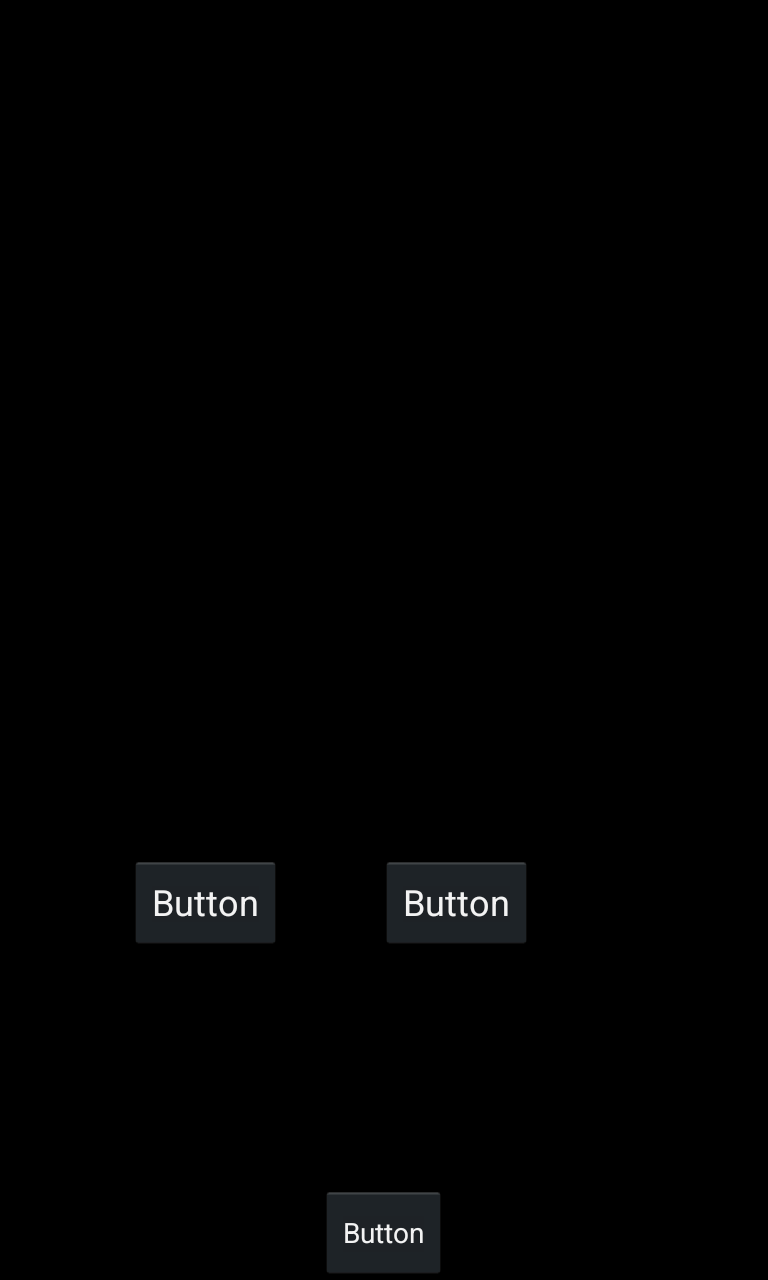
Repository: arianaantonio/CPMD
Layout: ContactsAppAndroid/res/layout/contacts_layout.xml
The author's editor kept a copy of each file at every save. The layout is drawn from the files as they stood at one save, then again after the next save.
It is drawn on a 768 x 1280 px phone screen (xhdpi) without system bars, with theme android:Theme.Holo; the app's code is not run. Lists and similar views that code fills are empty.

Above is the layout before, as saved 2014-10-30 08:18:22.

After the next save:
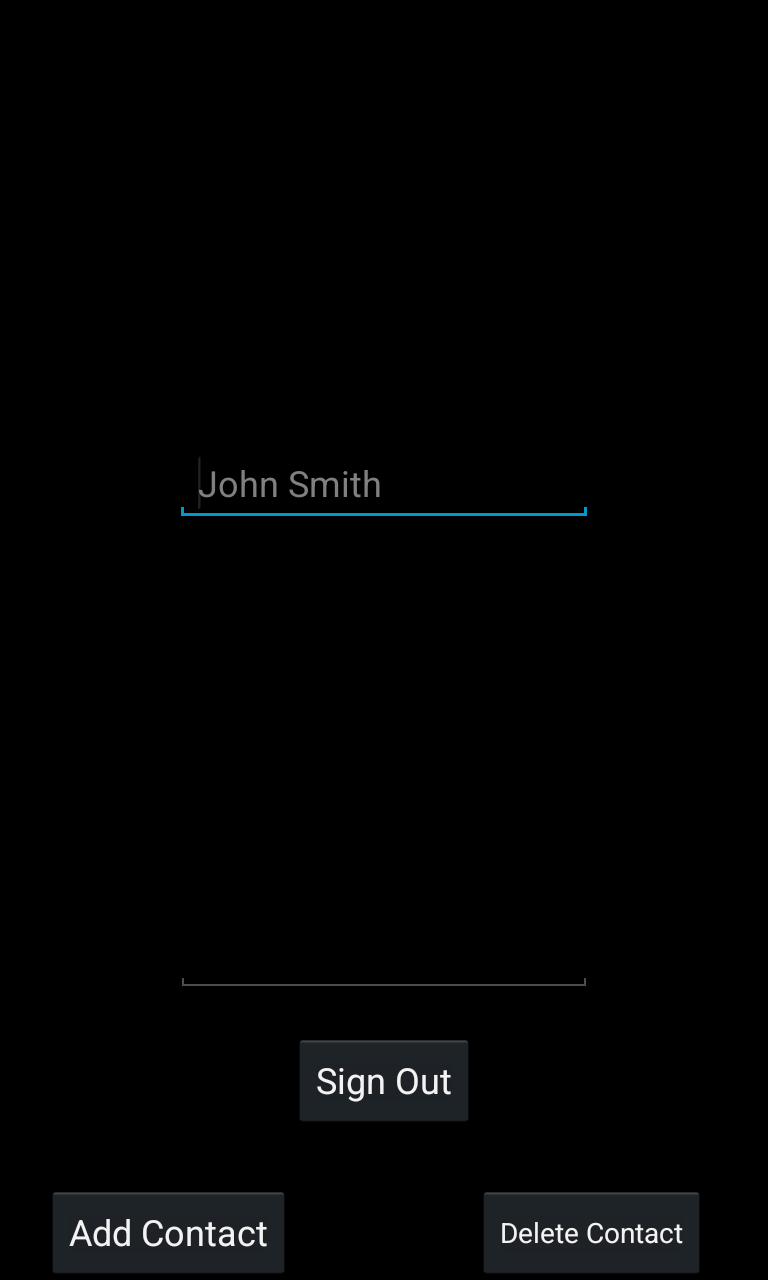
Saved 78 s later.
--- a/ContactsAppAndroid/res/layout/contacts_layout.xml
+++ b/ContactsAppAndroid/res/layout/contacts_layout.xml
@@ -19,20 +19,9 @@
         android:id="@+id/button2"
         android:layout_width="wrap_content"
         android:layout_height="wrap_content"
-        android:layout_alignTop="@+id/button1"
-        android:layout_marginLeft="48dp"
-        android:layout_toRightOf="@+id/button1"
-        android:text="Button" />
-
-    <Button
-        android:id="@+id/button1"
-        android:layout_width="wrap_content"
-        android:layout_height="wrap_content"
         android:layout_alignParentBottom="true"
-        android:layout_alignParentLeft="true"
-        android:layout_marginBottom="165dp"
-        android:layout_marginLeft="64dp"
-        android:text="Button" />
+        android:layout_toLeftOf="@+id/button1"
+        android:text="@string/add" />
 
     <Button
         android:id="@+id/button3"
@@ -40,7 +29,38 @@
         android:layout_width="wrap_content"
         android:layout_height="wrap_content"
         android:layout_alignParentBottom="true"
+        android:layout_toRightOf="@+id/button1"
+        android:text="@string/delete" />
+
+    <EditText
+        android:id="@+id/editText1"
+        android:layout_width="wrap_content"
+        android:layout_height="wrap_content"
+        android:layout_below="@+id/listView1"
         android:layout_centerHorizontal="true"
-        android:text="Button" />
+        android:hint="@string/name"
+        android:ems="10" >
+
+        <requestFocus />
+    </EditText>
+
+    <Button
+        android:id="@+id/button1"
+        android:layout_width="wrap_content"
+        android:layout_height="wrap_content"
+        android:layout_above="@+id/button3"
+        android:layout_centerHorizontal="true"
+        android:layout_marginBottom="28dp"
+        android:text="@string/signOut" />
+
+    <EditText
+        android:id="@+id/editText2"
+        android:layout_width="wrap_content"
+        android:layout_height="wrap_content"
+        android:layout_above="@+id/button1"
+        android:layout_alignLeft="@+id/editText1"
+        android:layout_marginBottom="19dp"
+        android:ems="10"
+        android:inputType="phone" />
 
 </RelativeLayout>
